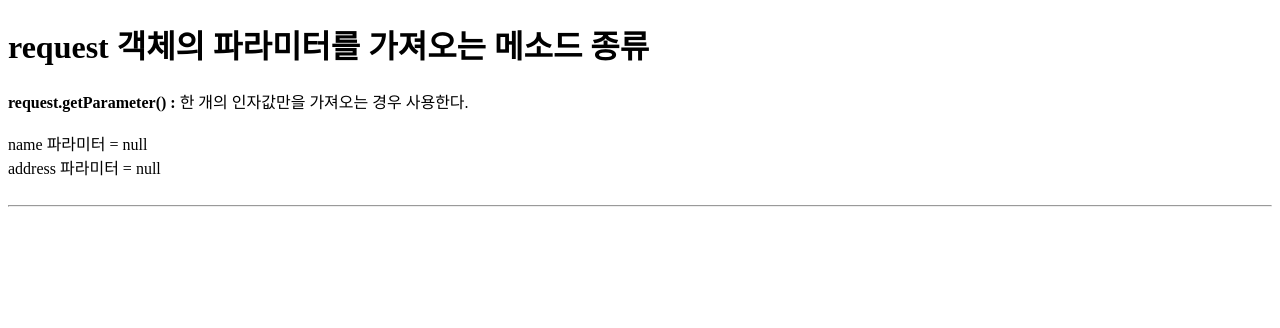
Repository: zhyuk/FullStackStudy
Page: http://localhost/jspfirst/08_05_formParameter.jsp
The author's editor kept a copy of each file at every save. The page is drawn from the files as they stood at one save, then again after the next save.
The browser window is 1280 px wide. The pictures show the whole page.
The page is served by Tomcat 9.

Above is the page before, as saved 2024-08-27 02:15:26.

After the next save:
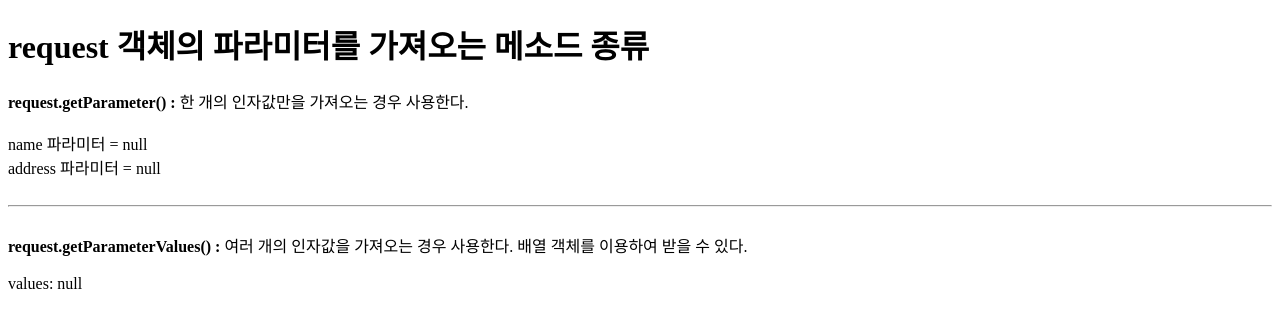
Saved 2 min 5 s later.
--- a/jsp/jspwork/jspfirst/src/main/webapp/08_05_formParameter.jsp
+++ b/jsp/jspwork/jspfirst/src/main/webapp/08_05_formParameter.jsp
@@ -21,5 +21,16 @@ request.setCharacterEncoding("utf-8");
 	name 파라미터 = <%= request.getParameter("name") %><br>
 	address 파라미터 = <%= request.getParameter("address") %><br>
 	<br><hr><br>
+
+	<b>request.getParameterValues() : </b> 여러 개의 인자값을 가져오는 경우 사용한다. 배열 객체를 이용하여 받을 수 있다.<br><br>
+	<%
+	String[] values = request.getParameterValues("pet");
+	out.print("values: " + values);
+	if(values != null){
+		for(int i = 0; i < values.length; i++) {
+			out.println(values[i]);
+		}
+	}
+	%>
 </body>
 </html>
